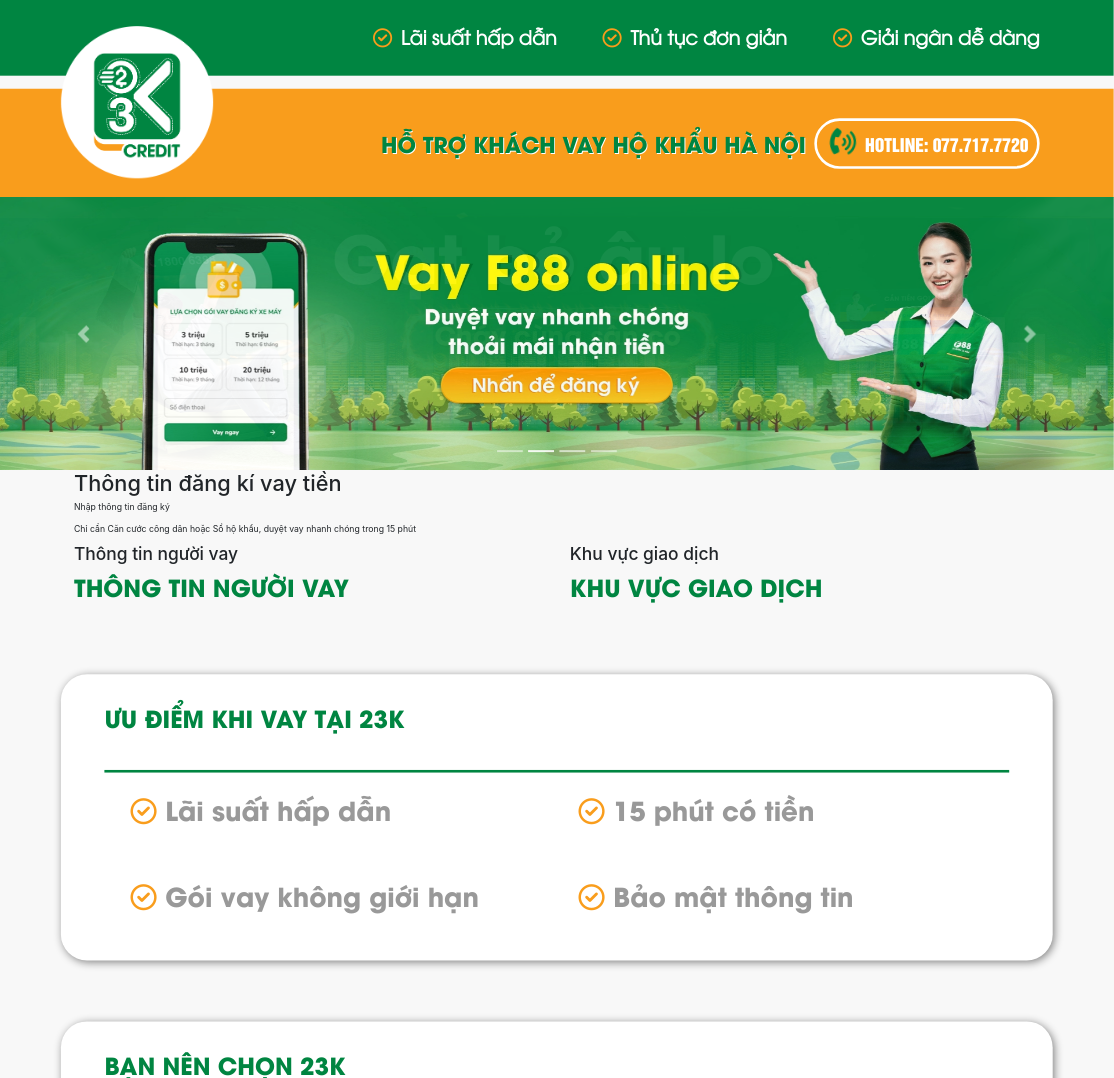
Repository: anhtu2110/23k.vn
Page: theme/index.html
An editor plug-in stored every save of this project. The page is shown before and after the next save, followed by the edit.
The browser window is 1280 px wide. The pictures show the part of the page from y = 0 to 1239 px (the page is 2109 px tall before and 2080 px after), at 87% of full size.
A picture or video elsewhere on the page could not be fetched, so the positions and the page height are approximate.

Above is the page before, as saved 2022-12-29 23:14:34.

After the next save:
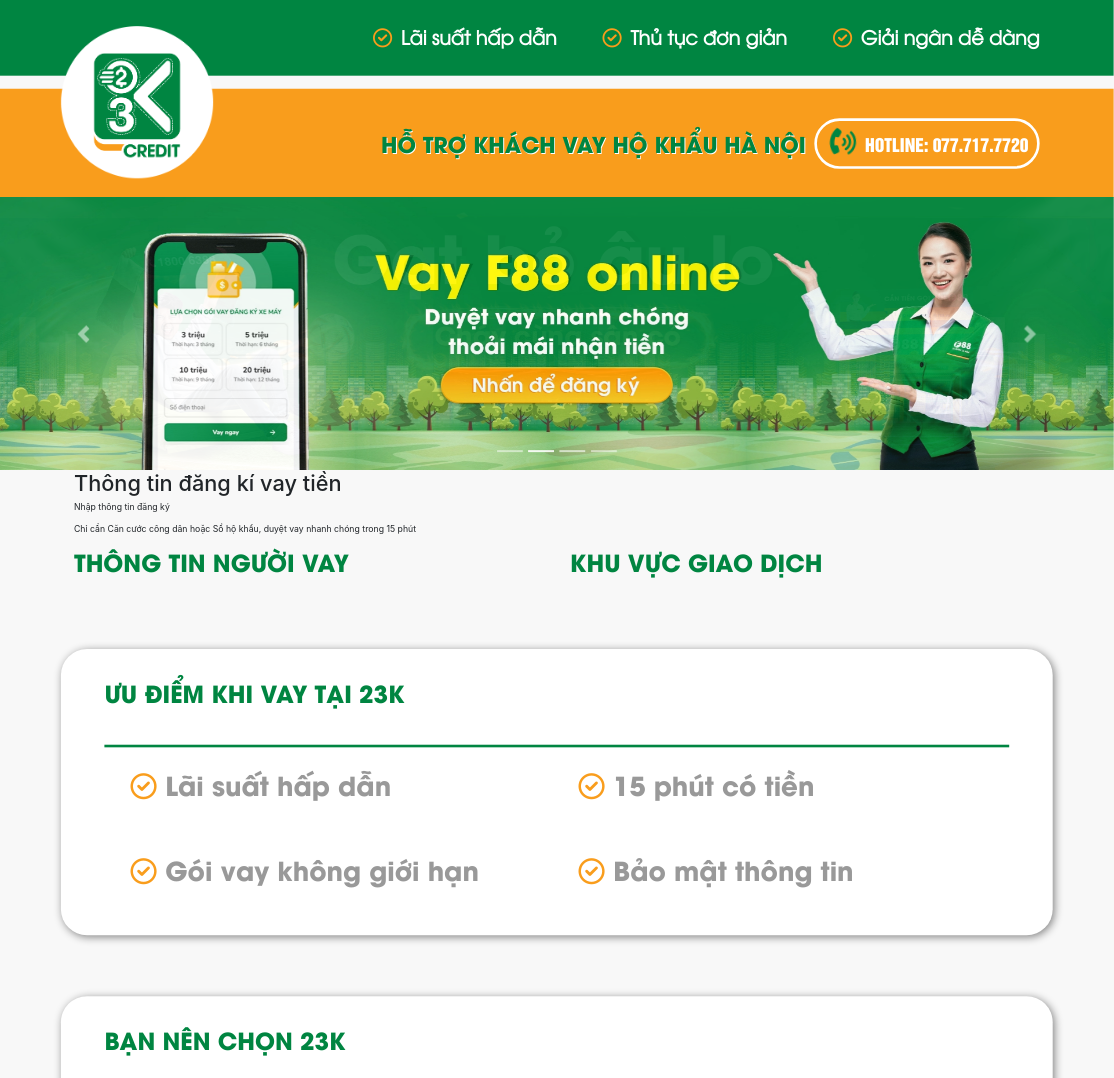
Saved 22 s later.
--- a/theme/index.html
+++ b/theme/index.html
@@ -110,11 +110,9 @@
                             <form action="" method="post">
                                 <div class="row">
                                     <div id="info-customer" class="col-md-6">
-                                        <h2 class="title-form">Thông tin người vay</h2>
                                         <p class="title">Thông tin người vay</p>
                                     </div>
                                     <div id="trading-ara" class="col-md-6">
-                                        <h2>Khu vực giao dịch</h2>
                                         <p class="title">Khu vực giao dịch</p>
                                     </div>
                                 </div>
